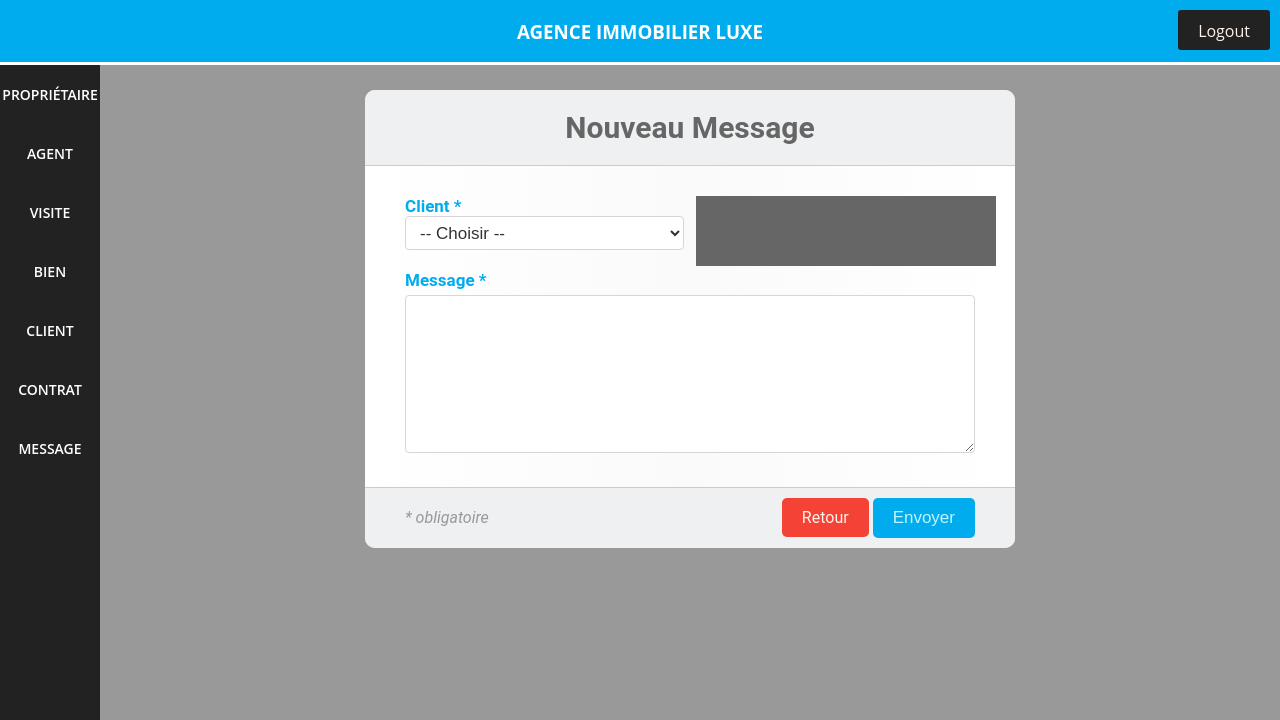
Repository: hassen-mnejja/Real_Estate_Agency_Website
Page: http://localhost/backoffice/WEB-INF/messageecrire.jsp
An editor plug-in stored every save of this project. The page is shown before and after the next save, followed by the edit.
The browser window is 1280 px wide. The pictures show the whole page.
Some icons come from a web library that is not loaded, so they are not drawn. The page is served by Tomcat 9. Nobody is signed in. The template is opened directly, without the code that normally fills it, so the values that code supplies are empty.

Above is the page before, as saved 2020-06-24 10:47:51.

After the next save:
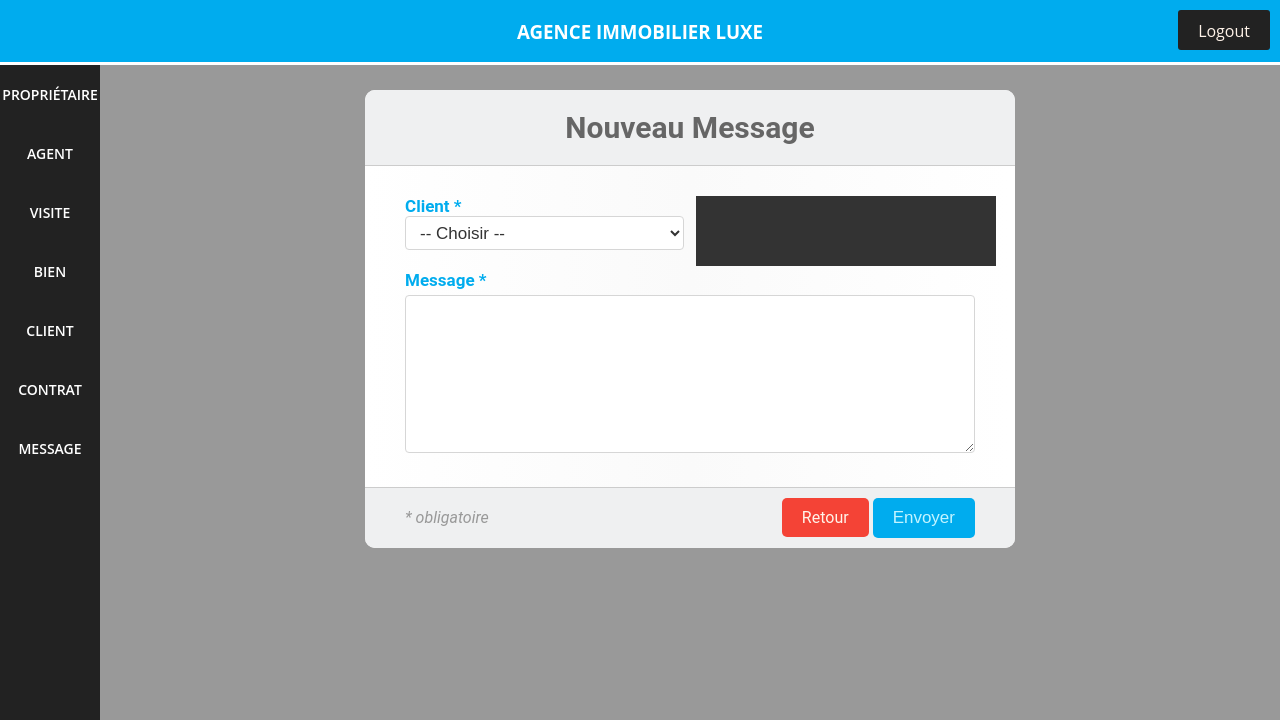
Saved 28 s later.
--- a/backoffice/WebContent/WEB-INF/messageecrire.jsp
+++ b/backoffice/WebContent/WEB-INF/messageecrire.jsp
@@ -53,7 +53,7 @@ a.log {
 					</div>
 					<div class="form-group right">
 						<svg width="400" height="75">
- 							 <rect width="300" height="70" style="fill:#666" />
+ 							 <rect width="300" height="70" style="fill:#333333" />
 						</svg>
 					</div>
 				</div>
